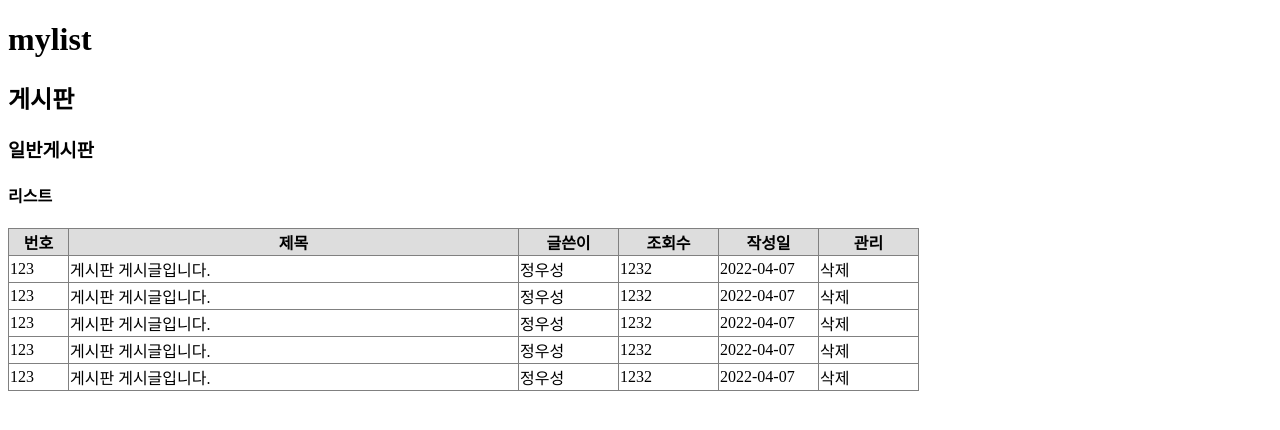
Repository: jeemaru/htme_01
Page: css_02/ex_04.html
These files come from the project's save history. The page is drawn as it stood at one moment and after the next save; the edit follows.
The browser window is 1280 px wide. The pictures show the whole page.

Above is the page before, as saved 2022-04-07 04:40:26.

### css_02/ex_04.html
<!DOCTYPE html>

<html lang="ko"> <!-- 한국어문서만 검색할때, 음성으로 할때 한국어 음성지원 -->
    <head>
        <meta charset="UTF-8"> <!-- 브라우저가 문서를 해석할때 필요한 정보 -->
        <title>스타일시트</title>
        <!-- 스타일시트자리 -->
    	<style>
    		table, th, td {border: 1px solid #808080;
    					   border-collapse: collapse;}
    		th {background-color: #dddddd;}
    		.text-center {text-align: center}

    	</style>
    </head>


    <body>
		<h1>mylist</h1>
		<h2>게시판</h2>
		<h3>일반게시판</h3>
		<h4>리스트</h4>

		<table class="text-senter">
			<colgroup>
				<col style="width: 60px;">
				<col style="width: 450px;">
				<col style="width: 100px;">
				<col style="width: 100px;">
				<col style="width: 100px;">
				<col style="width: 100px;">
			</colgroup>

			<thead>
				<tr>
					<th>번호</th>
					<th>제목</th>
					<th>글쓴이</th>
					<th>조회수</th>
					<th>작성일</th>
					<th>관리</th>
				</tr>
			</thead>
			<tbody>
				<tr>
					<td>123</td>
					<td>게시판 게시글입니다.</td>
					<td>정우성</td>
					<td>1232</td>
					<td>2022-04-07</td>
					<td>삭제</td>
				</tr>
				<tr>
					<td>123</td>
					<td>게시판 게시글입니다.</td>
					<td>정우성</td>
					<td>1232</td>
					<td>2022-04-07</td>
					<td>삭제</td>
				</tr>
				<tr>
					<td>123</td>
					<td>게시판 게시글입니다.</td>
					<td>정우성</td>
					<td>1232</td>
					<td>2022-04-07</td>
					<td>삭제</td>
				</tr>
				<tr>
					<td>123</td>
					<td>게시판 게시글입니다.</td>
					<td>정우성</td>
					<td>1232</td>
					<td>2022-04-07</td>
					<td>삭제</td>
				</tr>
				<tr>
					<td>123</td>
					<td>게시판 게시글입니다.</td>
					<td>정우성</td>
					<td>1232</td>
					<td>2022-04-07</td>
					<td>삭제</td>
				</tr>
			</tbody>
		</table>


    </body>

</html>

After the next save:
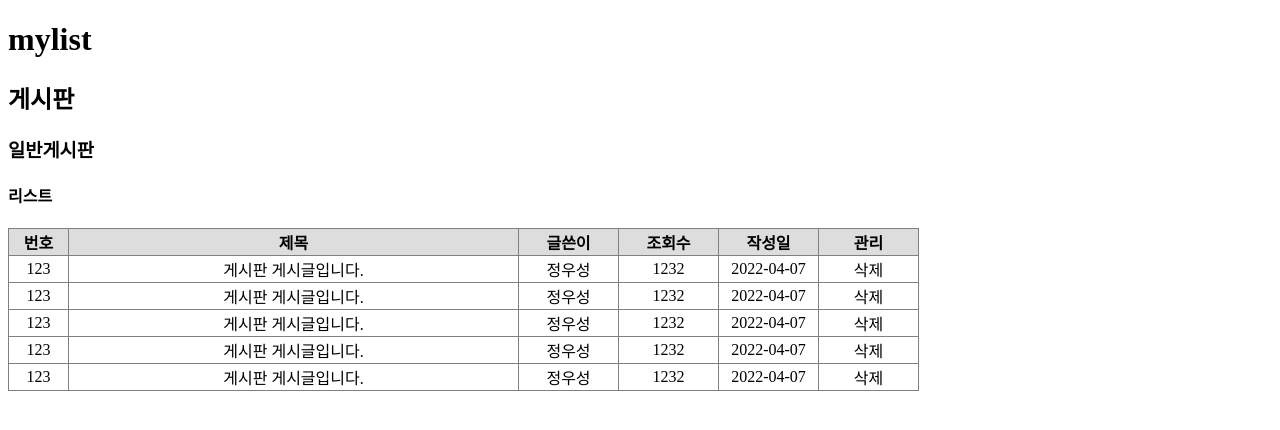
Saved 10 s later.
--- a/css_02/ex_04.html
+++ b/css_02/ex_04.html
@@ -9,7 +9,7 @@
     		table, th, td {border: 1px solid #808080;
     					   border-collapse: collapse;}
     		th {background-color: #dddddd;}
-    		.text-center {text-align: center}
+    		.text-center {text-align: center;}
 
     	</style>
     </head>
@@ -21,7 +21,7 @@
 		<h3>일반게시판</h3>
 		<h4>리스트</h4>
 
-		<table class="text-senter">
+		<table class="text-center">
 			<colgroup>
 				<col style="width: 60px;">
 				<col style="width: 450px;">
